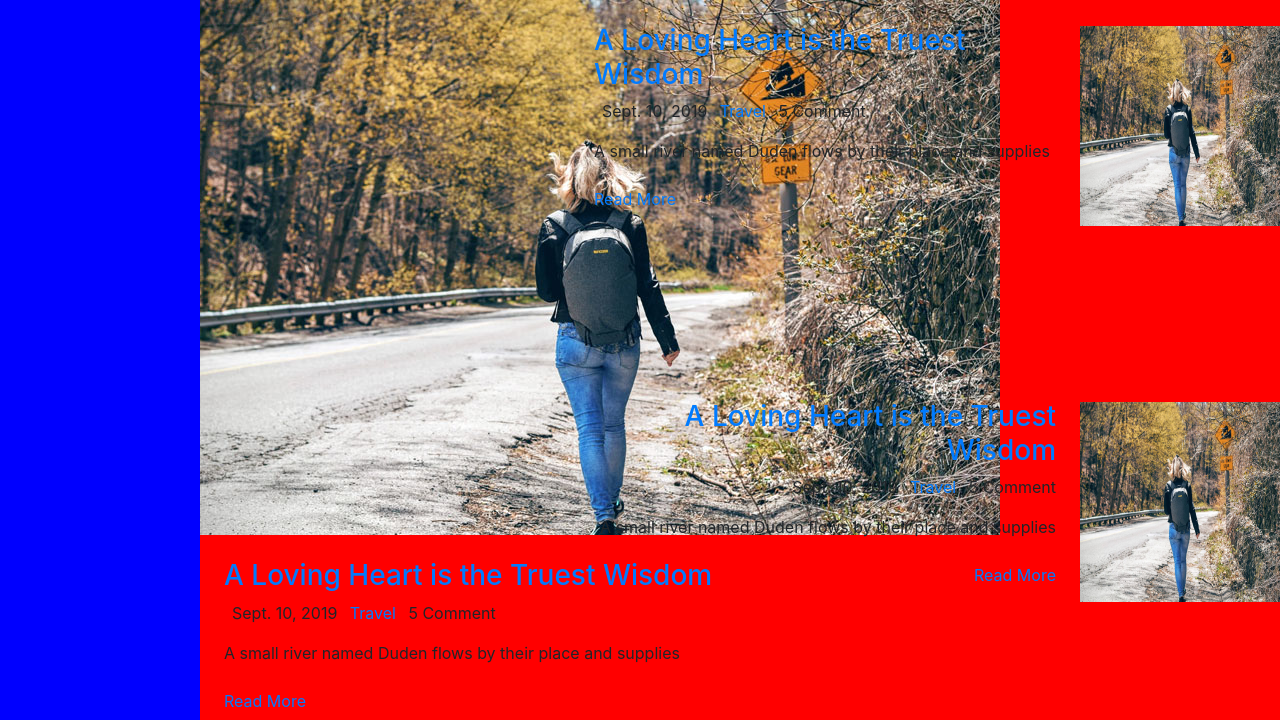
Repository: tts2610/GoogleNews
Page: index.html
An editor plug-in stored every save of this project. The page is shown before and after the next save, followed by the edit.
The browser window is 1280 px wide. The pictures show the whole page.
The page's requests for data from a server got no answer.

Above is the page before, as saved 2020-05-20 13:43:19.

After the next save:
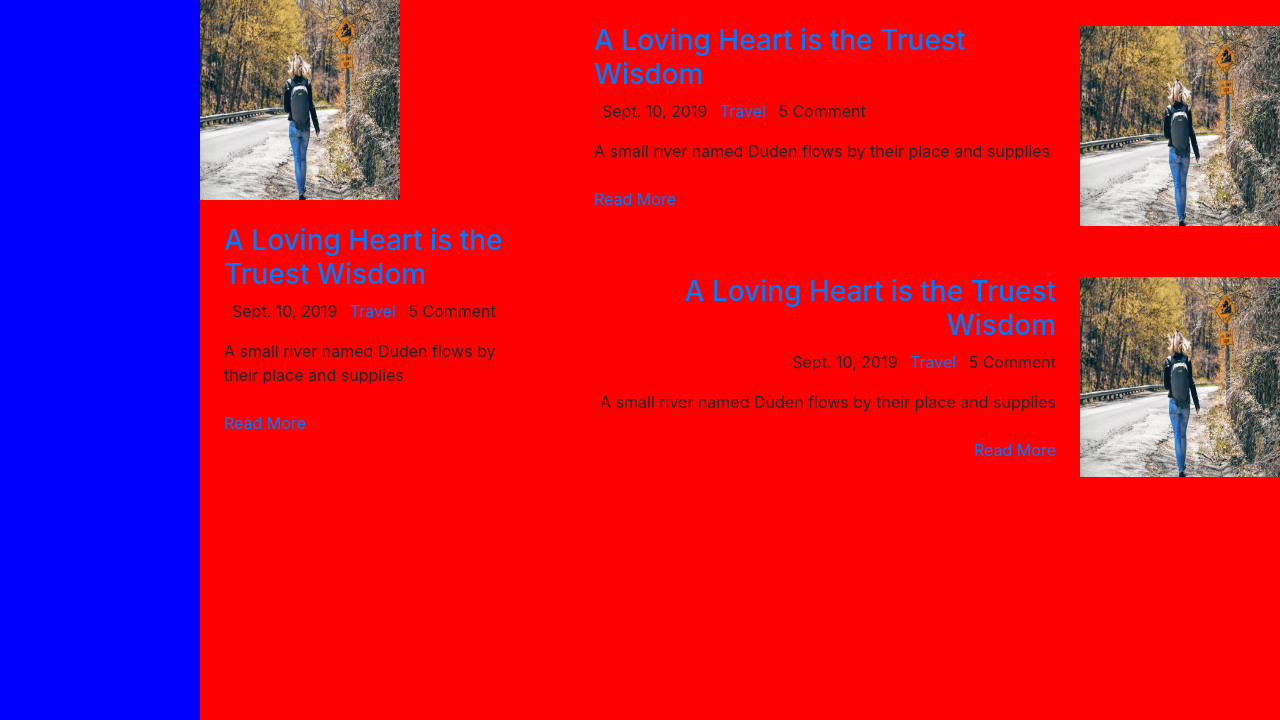
Saved 8 s later.
--- a/index.html
+++ b/index.html
@@ -26,7 +26,7 @@
                 <div class="col-4 d-flex">
                     <div class="blog-entry">
                         <div>
-                            <img id="news-left-img" src="img/image_8.jpg">
+                            <img src="img/image_8.jpg" width="200" height="200">
                         </div>
 
 
